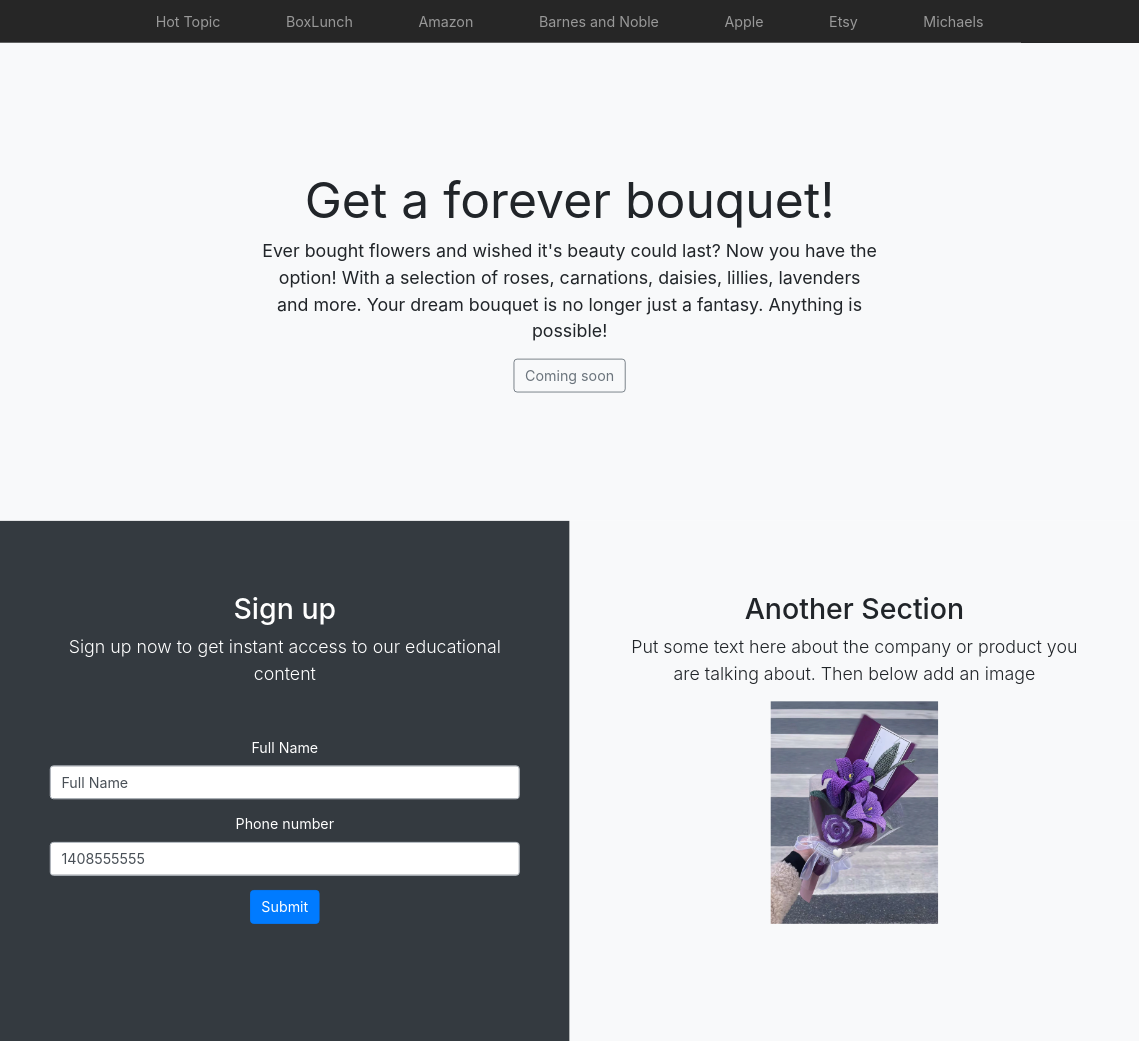
Repository: cfran037/Personal-Resume
Page: LearnCS8-Twilio/index.html
The author's editor kept a record of every edit. The page is drawn from the files as they stood at one moment, then again after the next edit.
The browser window is 1280 px wide. The pictures show the whole page, at 89% of full size.

Above is the page before.

After the next edit:
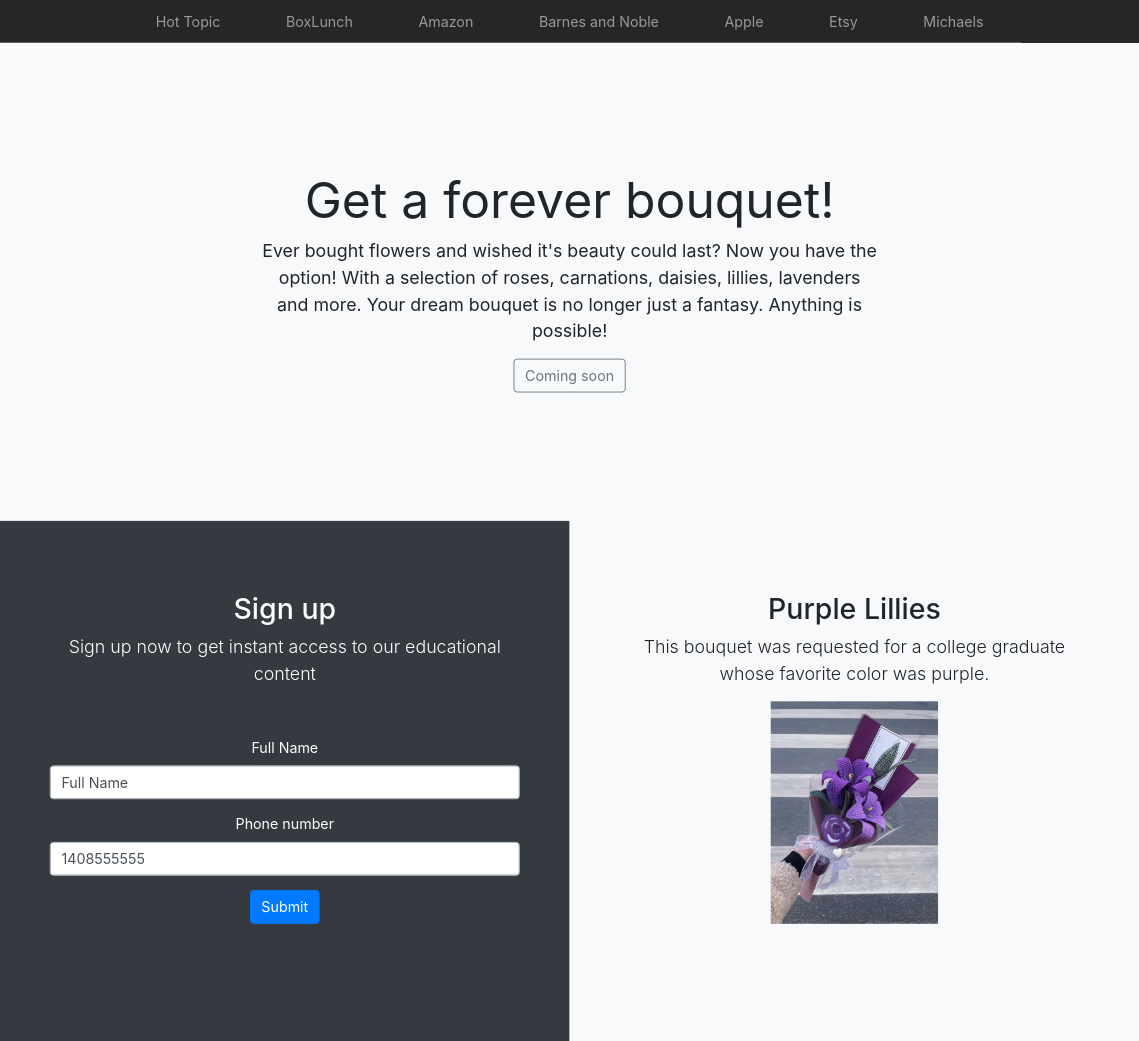
The edit:
--- a/LearnCS8-Twilio/index.html
+++ b/LearnCS8-Twilio/index.html
@@ -77,8 +77,8 @@
     <!-- Right Tile -->
     <div class="bg-light pt-3 px-3 pt-md-5 px-md-5 text-center overflow-hidden">
         <div class="my-3 p-3">
-            <h2 class="display-5">Another Section</h2>
-            <p class="lead">Put some text here about the company or product you are talking about. Then below add an image</p>
+            <h2 class="display-5">Purple Lillies</h2>
+            <p class="lead">This bouquet was requested for a college graduate whose favorite color was purple.</p>
             <img class="mx-auto" src="IMG_6077.webp" height="250px">
         </div>
         <div class="mx-auto" style="width: 80%; height: 100px; border-radius: 21px 21px 0 0;"></div>
